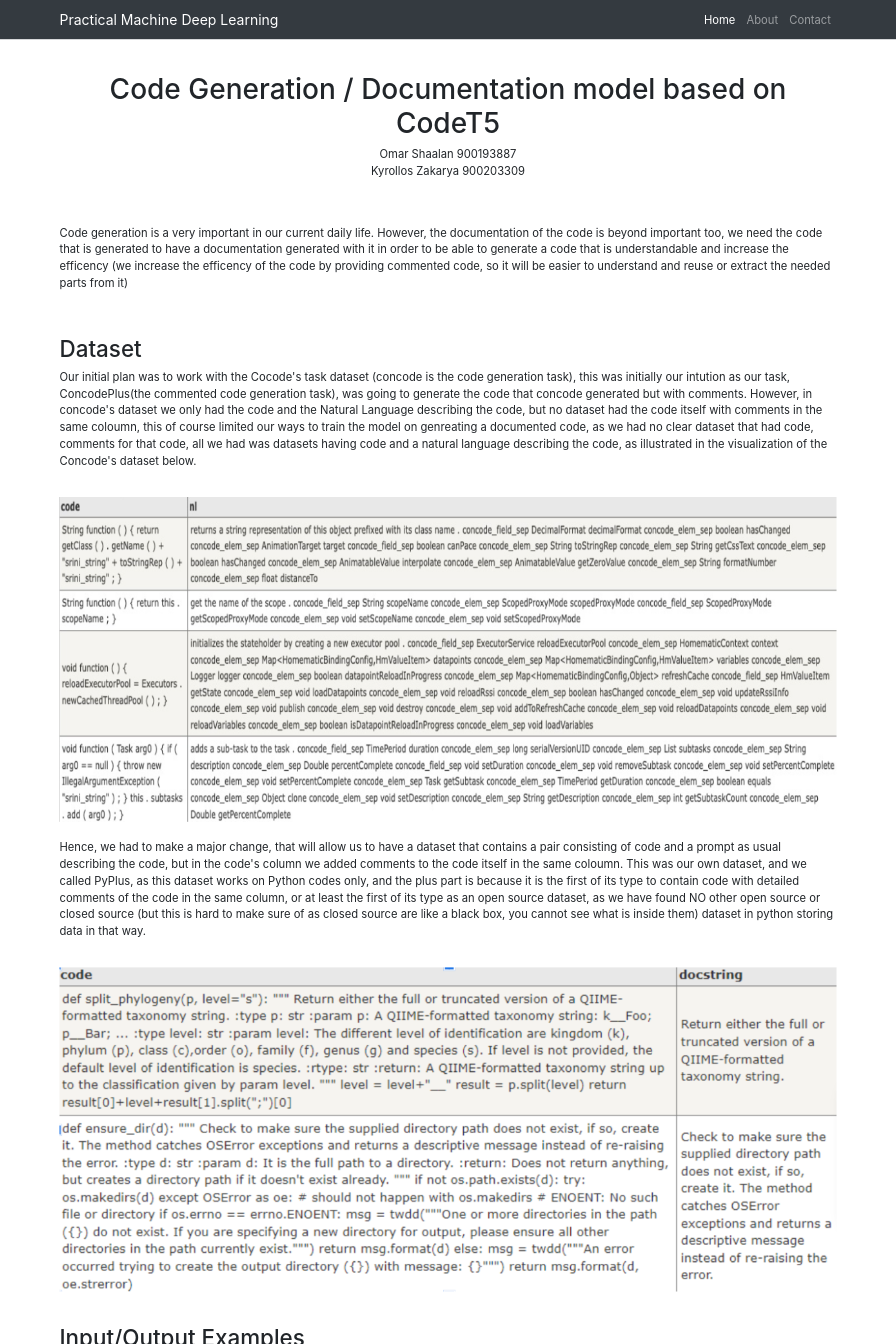
Repository: Shaalan-omar/ConcodePlus
Page: team-specific/index.html
These files come from the project's save history. The page is drawn as it stood at one moment and after the next save; the edit follows.
The browser window is 1280 px wide. The pictures show the part of the page from y = 0 to 1920 px (the page is 10378 px tall before and 10460 px after), at 70% of full size.

Above is the page before, as saved 2023-05-14 02:03:09.

### team-specific/index.html
<!DOCTYPE html>
<html lang="en">

<head>

  <meta charset="utf-8">
  <meta name="viewport" content="width=device-width, initial-scale=1, shrink-to-fit=no">
  <meta name="description" content="">
  <meta name="author" content="">

  <title>Code Generation / Documentation model based on CodeT5</title>

  <!-- Bootstrap core CSS -->
  <link href="../vendor/bootstrap/css/bootstrap.min.css" rel="stylesheet">

</head>

<body>

  <!-- Navigation -->
  <nav class="navbar navbar-expand-lg navbar-dark bg-dark static-top">
    <div class="container">
      <a class="navbar-brand" href="../home.html">Practical Machine Deep Learning</a>
      <button class="navbar-toggler" type="button" data-toggle="collapse" data-target="#navbarResponsive" aria-controls="navbarResponsive" aria-expanded="false" aria-label="Toggle navigation">
        <span class="navbar-toggler-icon"></span>
      </button>
      <div class="collapse navbar-collapse" id="navbarResponsive">
        <ul class="navbar-nav ml-auto">
          <li class="nav-item active">
            <a class="nav-link" href="../home.html">Home
              <span class="sr-only">(current)</span>
            </a>
          </li>
          <li class="nav-item">
            <a class="nav-link" href="../about.html">About</a>
          </li>
          <li class="nav-item">
            <a class="nav-link" href="../contact.html">Contact</a>
          </li>
        </ul>
      </div>
    </div>
  </nav>

  <!-- Page Content -->
  <div class="container">
    <div class="row">
      <div class="col-lg-12 text-center">
        <h1 class="mt-5">Code Generation / Documentation model based on CodeT5</h1>
        <ul class="list-unstyled">
          <li>Omar Shaalan 900193887</li>
          <li>Kyrollos Zakarya 900203309</li>
        </ul>
      </div>
    </div>


    <div class="row">
      <div class="col-lg-12 text-left">
        <h2 class="mt-5"></h2>
		<p>
			Code generation is a very important in our current daily life. However, the documentation of the code is beyond important too,
      we need the code that is generated to have a documentation generated with it in order to be able to generate a code that is understandable
      and increase the efficency (we increase the efficency of the code by providing commented code, so it will be easier to understand and reuse or extract the
       needed parts from it)
		</p>
      </div>
    </div>

    <div class="row">
      <div class="col-lg-12 text-left">
        <h2 class="mt-5">Dataset</h2>

        <p>
			Our initial plan was to work with the Cocode's task dataset (concode is the code generation task), this was initially our intution
      as our task, ConcodePlus(the commented code generation task), was going to generate the code that concode generated but with comments. However,
      in concode's dataset we only had the code and the Natural Language describing the code, but no dataset had the code itself with comments in the same coloumn,
      this of course limited our ways
      to train the model on genreating a documented code, as we had no clear dataset that had code, comments for that code, all we had was datasets having code and
      a natural language describing the code, as illustrated in the visualization of the Concode's dataset below.
    </p>
    <br/> <!-- Empty Line before the image -->
    <div class="img-container" align="center"> <!-- Block parent element -->
        <img src="resources/images/concode.png" class="img-fluid text-center">
    </div>
    <br/> <!-- Empty Line after the image -->
<p>
  Hence, we had to make a major change, that will allow us to have a dataset that contains a pair consisting of code and a prompt as usual describing
      the code, but in the code's column we added comments to the code itself in the same coloumn.
      This was our own dataset, and we called PyPlus, as this dataset works on Python codes only, and the plus part is because it is the first of its
      type to contain code with detailed comments of the code in the same column, or at least the first
      of its type as an open source dataset, as we have found NO other open source or closed source (but this is hard to make sure of as closed source
      are like a black box, you cannot see what is inside them) dataset in python storing data in that way.
</p>
<br/> <!-- Empty Line before the image -->
<div class="img-container" align="center"> <!-- Block parent element -->
    <img src="resources/images/dataset.png" class="img-fluid text-center">
</div>

      </div>
    </div>

    <div class="row">
      <div class="col-lg-12 text-left">
        <h2 class="mt-5">Input/Output Examples</h2>
   <br>
      </br>
        <h3>
			 Problem statement: -
        </h3>

		<br/> <!-- Empty Line before the image -->
	    <div class="img-container" align="center"> <!-- Block parent element -->
      		<img src="resources/images/Problem_Stat_1.png" class="img-fluid text-center">
    	</div>

    	<br/> <!-- Empty Line after the image -->

      <br/> <!-- Empty Line before the image -->
	    <div class="img-container" align="center"> <!-- Block parent element -->
      		<img src="resources/images/Problem_Stat_2.png" class="img-fluid text-center">
    	</div>


        <br>
      </br>
         <h3>
			 Our Own Output: -
        </h3>

      	    <div class="img-container" align="center"> <!-- Block parent element -->
      		<img src="resources/images/output_real.png" class="img-fluid text-center">
    	</div>
      <!-- <p class = "center">
        Feel the difference?
     </p> -->
     <br>
    </br>

    	<br/> <!-- Empty Line after the image -->
      </div>
    </div>


    <div class="row">
      <div class="col-lg-12 text-left">
        <h2 class="mt-5">State of the art (PARSEL)</h2>

        <p>
			Parsel is an Open AI deep learning project, it has been the state of the art in the field of code generation task aloong with code summrization as shown below in the tables and the graphs.
      It is based on the GPT architecture (Generative Pre-trained Transformer), the version of Parsel mentioned in the tables below is the 1.5B, which refers to the larges Parsel version
      existing as it uses 1.5 Billion parameters.
      Even though it is a open source, the usage of Open AI APIs limited our usage and the freedom of adding our creativity.
		</p>

	  <br/> <!-- Empty Line before the image -->
	    <div class="img-container" align="center"> <!-- Block parent element -->
      		<img src="resources/images/parsel_code_sum.png" class="img-fluid text-center">
    	</div>
    	<br/> <!-- Empty Line after the image -->

    <br/> <!-- Empty Line before the image -->
	    <div class="img-container" align="center"> <!-- Block parent element -->
      		<img src="resources/images/Parsel_code_gen.png" class="img-fluid text-center">
    	</div>
    	<br/> <!-- Empty Line after the image -->
		<br/> <!-- Empty Line before the image -->
	    <div class="img-container" align="center"> <!-- Block parent element -->
      		<img src="resources/images/parsel_1.png" class="img-fluid text-center">
    	</div>
    	<br/> <!-- Empty Line after the image -->

      <br/> <!-- Empty Line before the image -->
	    <div class="img-container" align="center"> <!-- Block parent element -->
      		<img src="resources/images/parsel_2.png" class="img-fluid text-center">
    	</div>
    	<br/> <!-- Empty Line after the image -->

      <br/> <!-- Empty Line before the image -->
	    <div class="img-container" align="center"> <!-- Block parent element -->
      		<img src="resources/images/parsel_3.png" class="img-fluid text-center">
    	</div>
    	<br/> <!-- Empty Line after the image -->
      </div>
    </div>



    <div class="row">
      <div class="col-lg-12 text-left">
        <h2 class="mt-5">Orignial Model from Literature.</h2>

        <p>
			Our model, CodeT5, has 3 main versions. The small, base, and big. The small has 60 million parameters, the big has 770 million parameters and the base version, which we worked with is 220 million parameters.
      We started with the smal version due to our limitations on Google Colab, which made it very hard to work with versions that had larger size from the parameters prespective. However, due to reaching bad results
      as explained in our previous presentations, we had to find a way around to use the base version. Using the base version worked more than fine, and we reached the desired output as shown above. Please find below
      more details about the original codeT5 model.
		</p>

		<br/> <!-- Empty Line before the image -->
	    <div class="img-container" align="center"> <!-- Block parent element -->
      		<img src="resources/images/codet5_arch.png" class="img-fluid text-center">
    	</div>
    	<br/> <!-- Empty Line after the image -->
      </div>
    </div>

    <div class="row">
      <div class="col-lg-12 text-left">
        <h2 class="mt-5">Proposed Updates</h2>


		<h5 class="mt-5">Update #1: Adding Reinforcement Learning</h5>
		<p>
			Give rewards when the generated documentation along with the code is correct and add negative rewards when the generation is not good.
		</p>
		<br/> <!-- Empty Line before the image -->
	    <div class="img-container" align="center"> <!-- Block parent element -->
      		<img src="resources/images/reinforcement.png" class="img-fluid text-center">
    	</div>
    	<br/> <!-- Empty Line after the image -->

      	<p>
			Hyperparameter tune the model. Base on one of the very famous concepts we took in our class is the concept of trial and error. Please feel free to try
      several times to change and tune the hyperprameters in order to reach better results. Feel free to share your outcomes with us.
		</p>
		<br/> <!-- Empty Line before the image -->
	    <div class="img-container" align="center"> <!-- Block parent element -->
      		<img src="resources/images/copyHyper.png" class="img-fluid text-center">
    	</div>
    	<br/> <!-- Empty Line after the image -->
      </div>
    </div>


    <div class="row">
      <div class="col-lg-12 text-left">
        <h2 class="mt-5">Results</h2>

        <p>
			Please find below our results obtained after adding our task, ConcodePlus, and the plots too.
		</p>

		<br/> <!-- Empty Line before the image -->
    	<h3 class="mt-5">It is obvious that there is something wrong with calculations of the metrics of concodePlus
      since the blue score definitely does not reflect the model performance. This can be due to the fact that we added
       a new task to the model without taking into account the synchronization required to measure these metrices for the
      new task specifically </h3>
      <div class="img-container" align="center"> <!-- Block parent element -->
      		<img src="resources/images/metrics_obtained.png" class="img-fluid text-center">
    	</div>
    	<br/> <!-- Empty Line after the image -->
	    <div class="img-container" align="center"> <!-- Block parent element -->
      		<img src="resources/images/dev_metric.png" class="img-fluid text-center">
    	</div>
    	<br/> <!-- Empty Line after the image -->
      		<br/> <!-- Empty Line before the image -->
	    <div class="img-container" align="center"> <!-- Block parent element -->
      		<img src="resources/images/dev2_metric.png" class="img-fluid text-center">
    	</div>
    	<br/> <!-- Empty Line after the image -->
      		<br/> <!-- Empty Line before the image -->
	    <div class="img-container" align="center"> <!-- Block parent element -->
      		<img src="resources/images/metric3.png" class="img-fluid text-center">
    	</div>
    	<br/> <!-- Empty Line after the image -->
      </div>
    </div>


    <div class="row">
      <div class="col-lg-12 text-left">
        <h2 class="mt-5">Technical report</h2>

        <p>
			LEft Here you will detail the details related to training, for example: Filled With KYRO
		</p>

	 	<ul>
		  <li>Programming framework</li>
		  <li>Training hardware i.e. colab or azure or anything else</li>
		  <li>Training time</li>
		  <li>Number of epochs</li>
		  <li>Time per epoch</li>
		  <li>Any other important detail or difficulties</li>
		</ul>
      </div>
    </div>

	<div class="row">
	  <div class="col-lg-12 text-left">
	    <h2 class="mt-5">Conclusion</h2>

	    <p>
			In conclusion we have reached our goal by generating documented code by adding the new task, ConcodePlus to CodeT5, and by creating a new dataset which is PyPlus. As shown in the output provided above it is clear that our code has a documentation of the purpose of the function. We have some promising results and some results that still need to work on.
      We also have room for future improvement, which is adding the reinforcement learning to the ConcodePlus. One of the very nice lessons that we learned was the visualization of what we theortically studied in class, the project was more challenging than the assignments and that made us more motivated and dedicated towards having the desired output. We also
      learned how to work as a team to achieve the maximum potential and the maximum benefit. A very intersting finding was not found, but actually it was created, which was the dataset modification. Both of us would have never imagined that we would create a dataset that fits for these type of problems and projects, this dataset may be the first step in a world
      of trials and great achievements in the code generation models in the future.
		</p>

	  </div>
	</div>

	<div class="row">
	  <div class="col-lg-12 text-left">
	    <h2 class="mt-5">References</h2>

	    <p>
	    	List all references here, the following are only examples
	    </p>

		<ol>
		  <li><a href="https://arxiv.org/pdf/2212.10561v2.pdf">Parsel Paper</a></li>
      <li><a href="https://microsoft.github.io/CodeXGLUE/">Parsel Code Summarization Table</a></li>
      <li><a href="https://microsoft.github.io/CodeXGLUE/">Parsel Code Generation Table</a></li>
		  <li><a href="https://arxiv.org/pdf/2109.00859v1.pdf">CodeT5 Paper</a></li>
		  <li><a href="https://medium.com/analytics-vidhya/t5-a-detailed-explanation-a0ac9bc53e51">CodeT5 Architecture Paper</a></li>
		  <li><a href="http://www.google.com">Dataset Link LEFT need to upload it to github</a></li>
		</ol>
	  </div>
	</div>

  </div>



  <!-- Bootstrap core JavaScript -->
  <script src="../vendor/jquery/jquery.slim.min.js"></script>
  <script src="../vendor/bootstrap/js/bootstrap.bundle.min.js"></script>

</body>

</html>

Loaded but not shown: vendor/bootstrap/css/bootstrap.min.css (library); vendor/jquery/jquery.slim.min.js (library); vendor/bootstrap/js/bootstrap.bundle.min.js (library)

After the next save:
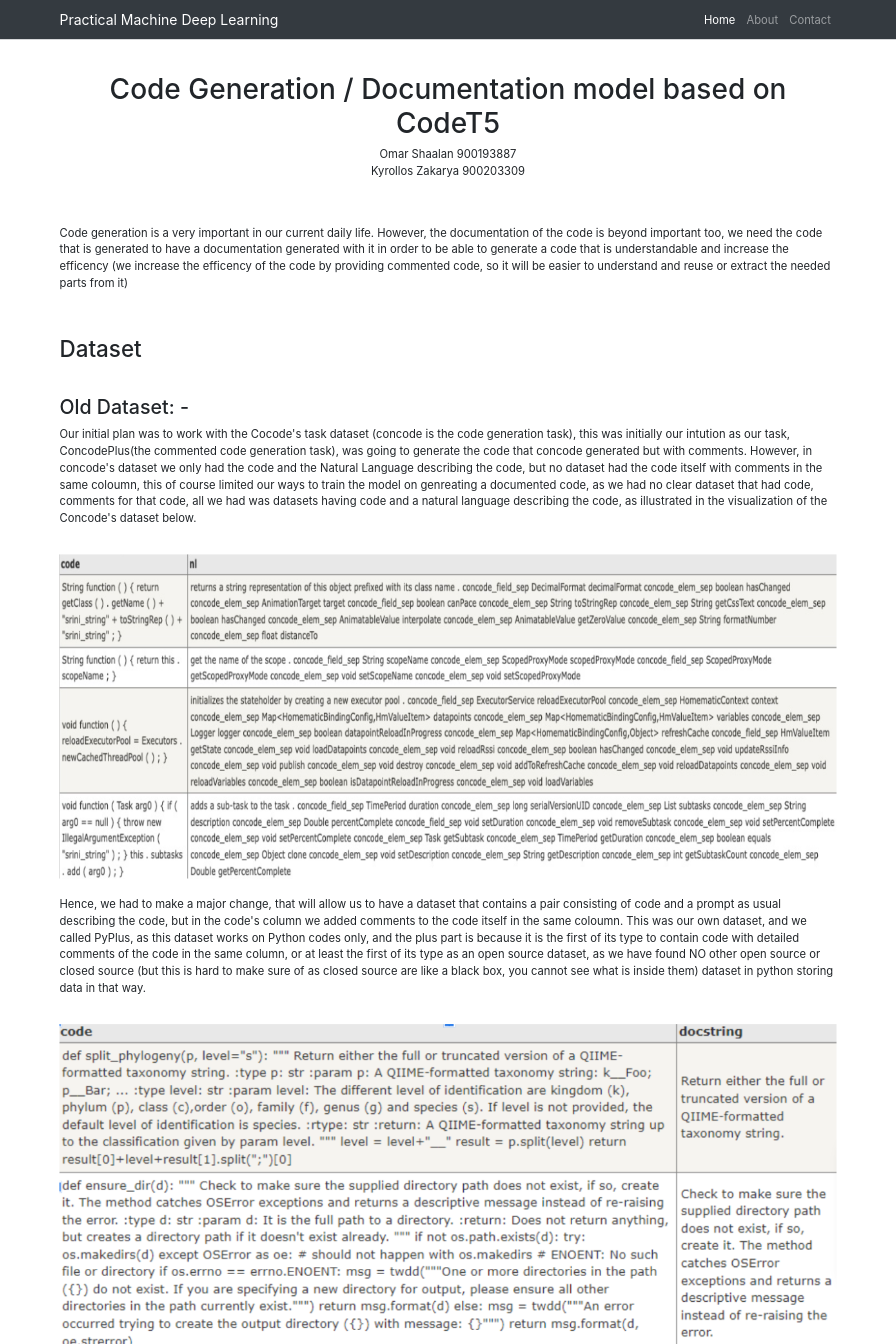
Saved 9 h 9 min later.
--- a/team-specific/index.html
+++ b/team-specific/index.html
@@ -71,6 +71,7 @@
       <div class="col-lg-12 text-left">
         <h2 class="mt-5">Dataset</h2>
 
+        <h3 class="mt-5">Old Dataset: -</h3>
         <p>
 			Our initial plan was to work with the Cocode's task dataset (concode is the code generation task), this was initially our intution
       as our task, ConcodePlus(the commented code generation task), was going to generate the code that concode generated but with comments. However,
